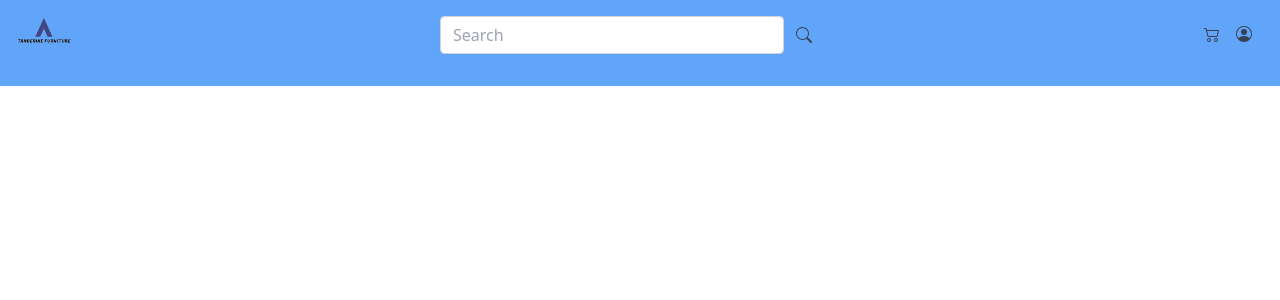
Repository: DevLaukey/Jitu-final
Page: / (app in frontend/)
These files come from the project's save history. The page is drawn as it stood at one moment and after the next save; the edit follows.
The browser window is 1280 px wide. The pictures show the whole page.
The project was rebuilt for these pictures with package versions that can differ from the ones it lists, and the page was loaded fresh each time.

Above is the page before, as saved 2022-07-13 13:22:04.

After the next save:
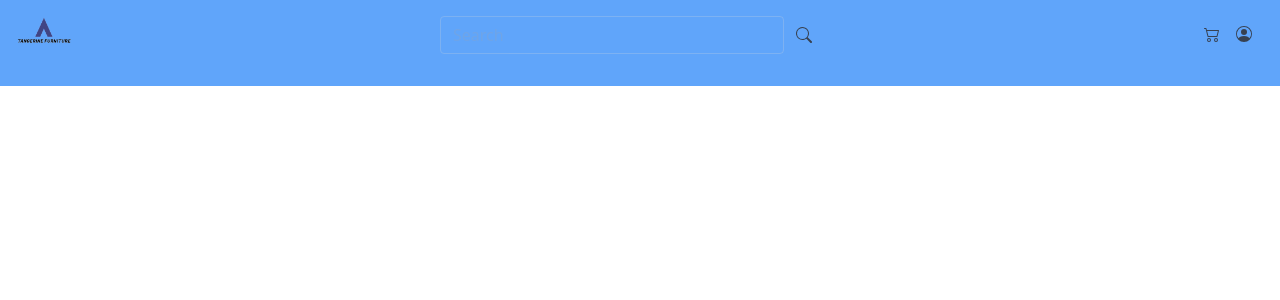
Saved 66 s later.
--- a/frontend/src/components/Navbar.js
+++ b/frontend/src/components/Navbar.js
@@ -20,7 +20,7 @@ function Navbar() {
           <div class="input-group relative flex  items-stretch w-full mb-4 rounded">
             <input
               type="search"
-              class="form-control relative flex-auto min-w-0 block w-full px-3 py-1.5 text-base font-normal text-gray-700 text-transparent bg-clip-padding border border-solid border-gray-300 rounded transition ease-in-out m-0 focus:text-gray-700 focus:bg-white focus:border-blue-600 focus:outline-none"
+              class="form-control relative flex-auto min-w-0 block w-full px-3 py-1.5 text-base font-normal text-gray-700 bg-transparent bg-clip-padding border border-solid border-gray-300 rounded transition ease-in-out m-0 focus:text-gray-700 focus:bg-white focus:border-blue-600 focus:outline-none opacity-25"
               placeholder="Search"
               aria-label="Search"
               aria-describedby="button-addon2"
